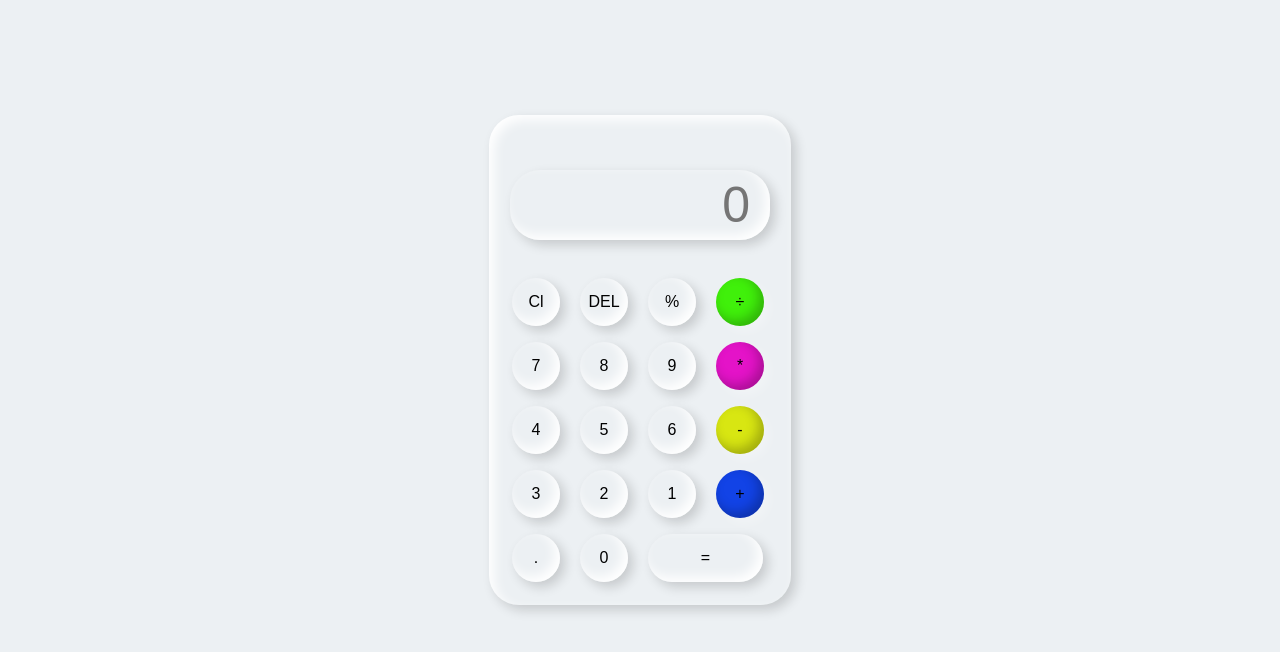
Repository: Mayur2905/OIBSIP
Page: Task-3/index.html
These files come from the project's save history. The page is drawn as it stood at one moment and after the next save; the edit follows.
The browser window is 1280 px wide. The pictures show the whole page.

Above is the page before, as saved 2022-02-02 15:48:27.

### Task-3/index.html
<!DOCTYPE html>
<html lang="en">
<head>
    <meta charset="UTF-8">
    <meta http-equiv="X-UA-Compatible" content="IE=edge">
    <meta name="viewport" content="width=device-width, initial-scale=1.0">
    <title>Clauculator</title>
    <link rel="stylesheet" href="style.css">
</head>
<body>
    <div class="container">
        <div class="calculator">
            <input type="text" placeholder="0" id="output-screen">
            <button onclick="Clear()">Cl</button>
            <button onclick="del()">DEL</button>
            <button onclick="display('%')">%</button>
            <button onclick="display('/')" class="divide">÷</button>
            <button onclick="display('7')">7</button>
            <button onclick="display('8')">8</button>
            <button onclick="display('9')">9</button>
            <button onclick="display('*')" class="mult">*</button>
            <button onclick="display('4')">4</button>
            <button onclick="display('5')">5</button>
            <button onclick="display('6')">6</button>
            <button onclick="display('-')" class="sub">-</button>
            <button onclick="display('3')">3</button>
            <button onclick="display('2')">2</button>
            <button onclick="display('1')">1</button>
            <button onclick="display('+')" class="add">+</button>
            <button onclick="display('.')">.</button>
            <button onclick="display('0')">0</button>
            <button onclick="Calculate()" class="equal">=</button>
        </div>
    </div>
    <script type = "text/javascript" src="function.js"></script>
    <!-- <script>
        let outputScreen = document.getElementById("output-screen");
    function display(num){
    outputScreen.value += num
    }
    </script>
    -->
</body>
</html>

### Task-3/style.css
* {
  margin: 0;
  padding: 0;
  box-sizing: border-box;
  background-color: #ecf0f3;
  font-family: sans-serif;
  outline: none;
}
.container {
  height: 100vh;
  display: flex;
  justify-content: center;
  align-items: center;
}
.calculator {
  background-color: #ecf0f3;
  padding: 15px;
  border-radius: 30px;
  box-shadow: inset 5px 5px 12px #ffffff, 5px 5px 12px rgba(0, 0, 0, 0.16);
  display: grid;
  grid-template-columns: repeat(4, 68px);
}
input {
  grid-column: span 4;
  height: 70px;
  width: 260px;
  background-color: #ecf0f3;
  box-shadow: inset -5px -5px 12px #ffffff, 5px 5px 12px rgba(0, 0, 0, 0.16);
  border: none;
  border-radius: 30px;
  color: rgb(70, 70, 70);
  font-size: 50px;
  text-align: end;
  margin: auto;
  margin-top: 40px;
  margin-bottom: 30px;
  padding: 20px;
}

button {
  height: 48px;
  width: 48px;
  background-color: #ecf0f3;
  box-shadow: inset -5px -5px 12px #ffffff, 5px 5px 12px rgba(0, 0, 0, 0.16);
  border: none;
  border-radius: 50%;
  margin: 8px;
  font-size: 16px;
}
.equal {
  width: 115px;
  border-radius: 40px;
  background-color: #ecf0f3;
  box-shadow: inset -5px -5px 12px #ffffff, 5px 5px 12px rgba(0, 0, 0, 0.16);
}
.divide {
  background-color: #40f00b;
  box-shadow: inset -5px -5px 12px rgba(0, 0, 0, 0.25),
    5px 5px 12px rgba(255, 255, 255, 0.3);
}

.mult {
  background-color: #e413c8;
  box-shadow: inset -5px -5px 12px rgba(0, 0, 0, 0.25),
    5px 5px 12px rgba(255, 255, 255, 0.3);
}

.add {
  background-color: #1243e6;
  box-shadow: inset -5px -5px 12px rgba(0, 0, 0, 0.25),
    5px 5px 12px rgba(255, 255, 255, 0.3);
}

.sub {
  background-color: #d8e612;
  box-shadow: inset -5px -5px 12px rgba(0, 0, 0, 0.25),
    5px 5px 12px rgba(255, 255, 255, 0.3);
}

.red {
  background-color: #e61212;
  box-shadow: inset -5px -5px 12px rgba(0, 0, 0, 0.25),
    5px 5px 12px rgba(255, 255, 255, 0.3);
}

### Task-3/function.js
let outputScreen = document.getElementById("output-screen");
function display(num){
    outputScreen.value += num;

}
function Calculate(){
    try{
        outputScreen.value = eval(outputScreen.value);

    }
    catch(err){
        alert("Invalid Input")
    }

}
function Clear(){
    outputScreen.value="";
}

function del(){
    outputScreen.value = outputScreen.value.slice(0,-1)
}

After the next save:
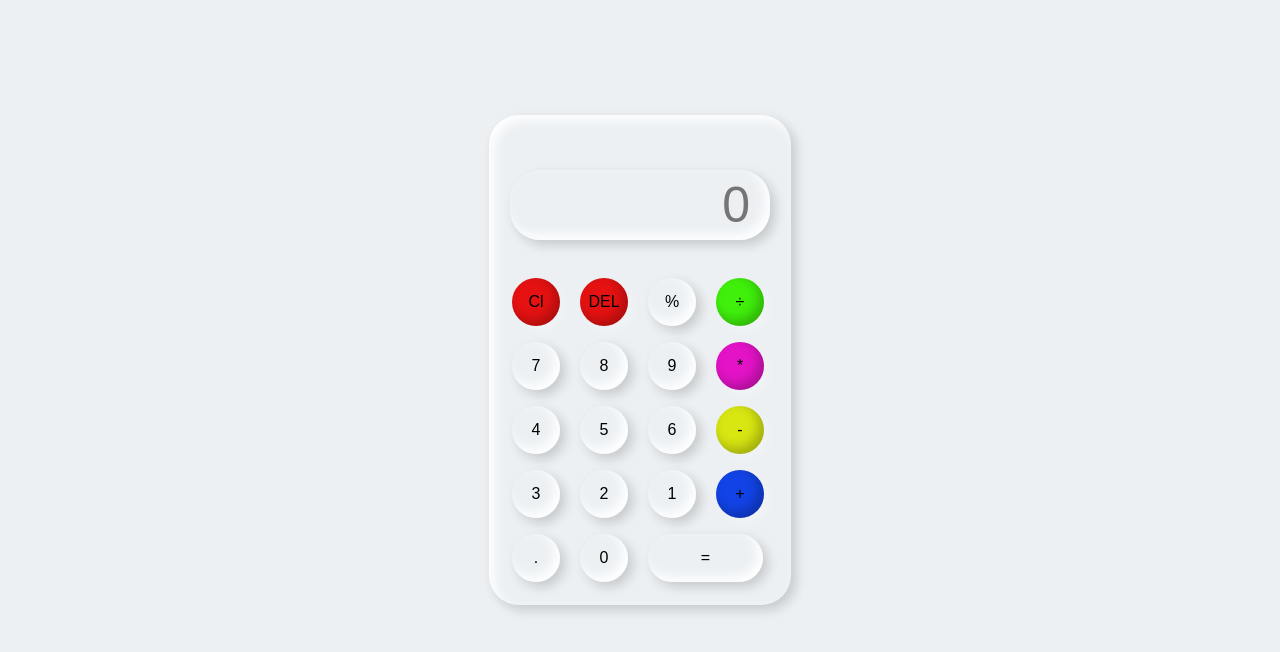
Saved 33 s later.
--- a/Task-3/index.html
+++ b/Task-3/index.html
@@ -11,8 +11,8 @@
     <div class="container">
         <div class="calculator">
             <input type="text" placeholder="0" id="output-screen">
-            <button onclick="Clear()">Cl</button>
-            <button onclick="del()">DEL</button>
+            <button onclick="Clear()" class="red">Cl</button>
+            <button onclick="del()" class="red">DEL</button>
             <button onclick="display('%')">%</button>
             <button onclick="display('/')" class="divide">÷</button>
             <button onclick="display('7')">7</button>
